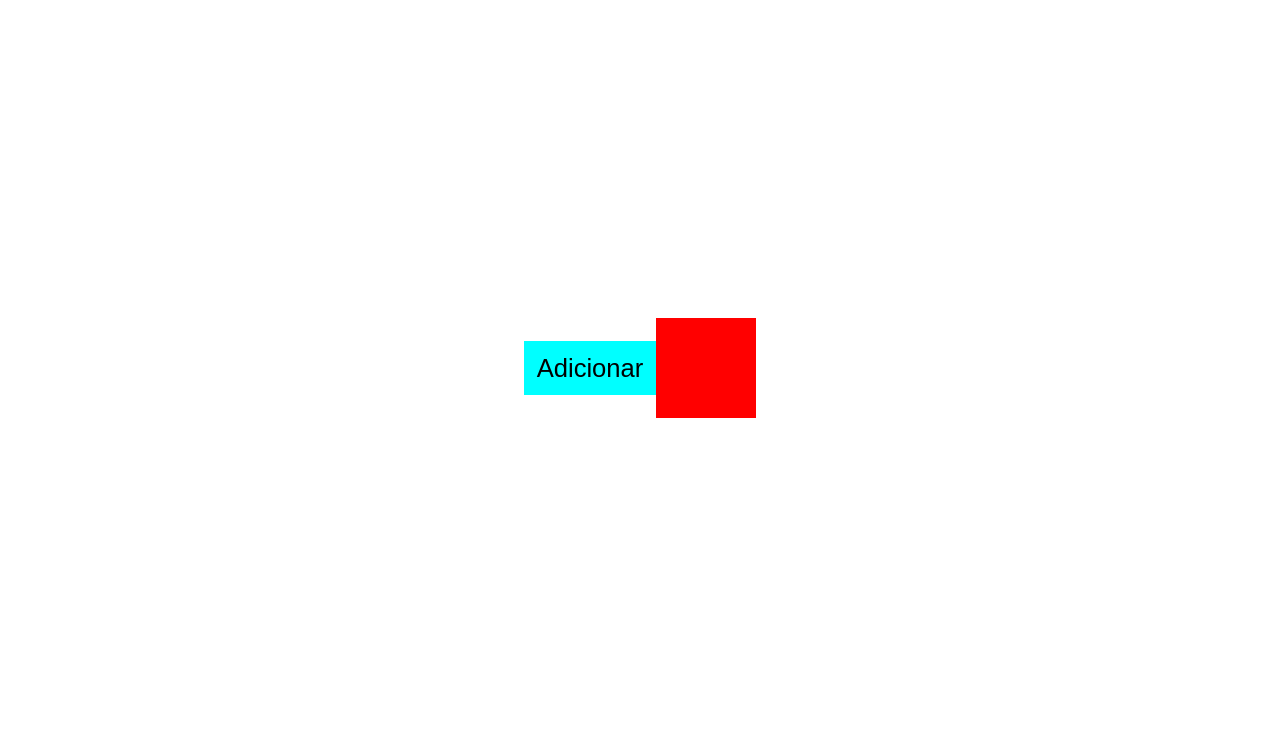
Repository: Orifiel/teste
Page: desafioMod2/desafioJavascript0201.html
The author's editor kept a copy of each file at every save. The page is drawn from the files as they stood at one save, then again after the next save.
The browser window is 1280 px wide. The pictures show the whole page.

Above is the page before, as saved 2020-08-12 15:14:39.

### desafioMod2/desafioJavascript0201.html
<!--
1º exercício
Crie um botão que ao ser clicado cria um novo elemento em tela com a forma de um quadrado
vermelho com 100px de altura e largura. Sempre que o botão for clicado um novo quadrado deve
aparecer na tela.
-->
<!DOCTYPE html>
<html lang="en">
<head>
    <meta charset="UTF-8">
    <meta name="viewport" content="width=device-width, initial-scale=1.0">
    <link rel="text" href="./desafioJavascript0201.js">
    <title>Document</title>
</head>
<body>
    <style>

        .button-container{
            height: 100vh;
            display: flex;
            justify-content: center;
            align-items: center;
            flex-direction: collumn;
        }

        .button-container .getsquadred {
            font-size: 1.6rem;
            padding: 0.8rem;
            border: 0;
            background-color: aqua;
        }

        .container-squads {
            width: 100px;
            height: 100px;
            background-color: red;
        }

    </style>
    <div class="button-container">
     <button class="getsquadred" onclick="">Adicionar</button>


        <div class="container-squads">

        </div>
    </div>
</body>
</html>

After the next save:
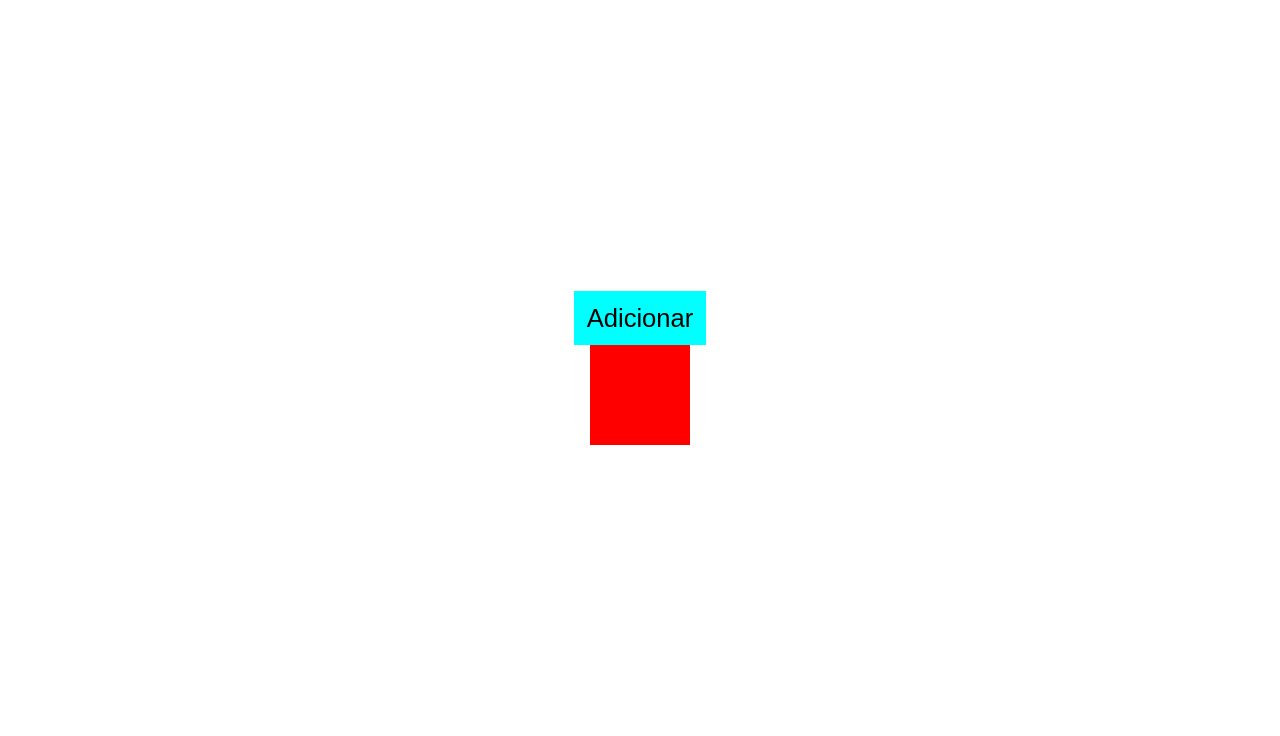
Saved 5 s later.
--- a/desafioMod2/desafioJavascript0201.html
+++ b/desafioMod2/desafioJavascript0201.html
@@ -20,7 +20,7 @@ aparecer na tela.
             display: flex;
             justify-content: center;
             align-items: center;
-            flex-direction: collumn;
+            flex-direction: column;
         }
 
         .button-container .getsquadred {
